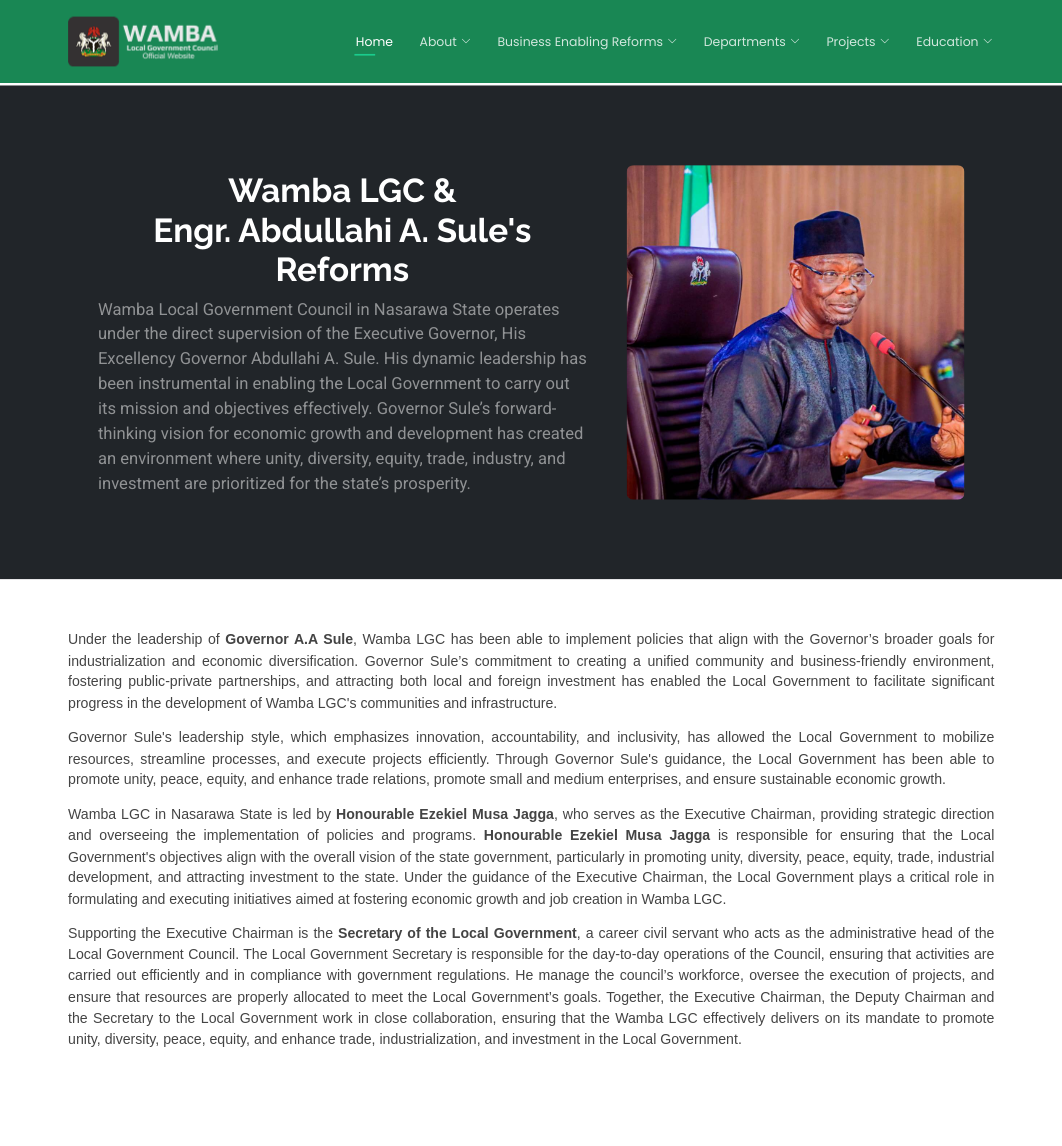
Repository: GlorifiedIntel/wamba-lgc
Page: leadership.html
An editor plug-in stored every save of this project. The page is shown before and after the next save, followed by the edit.
The browser window is 1280 px wide. The pictures show the part of the page from y = 0 to 1381 px (the page is 2260 px tall before and 2897 px after), at 83% of full size.
A picture or video elsewhere on the page could not be fetched, so the positions and the page height are approximate.

Above is the page before, as saved 2025-02-06 04:33:42.
Console error: TypeError: Cannot read properties of null (reading 'click')

After the next save:
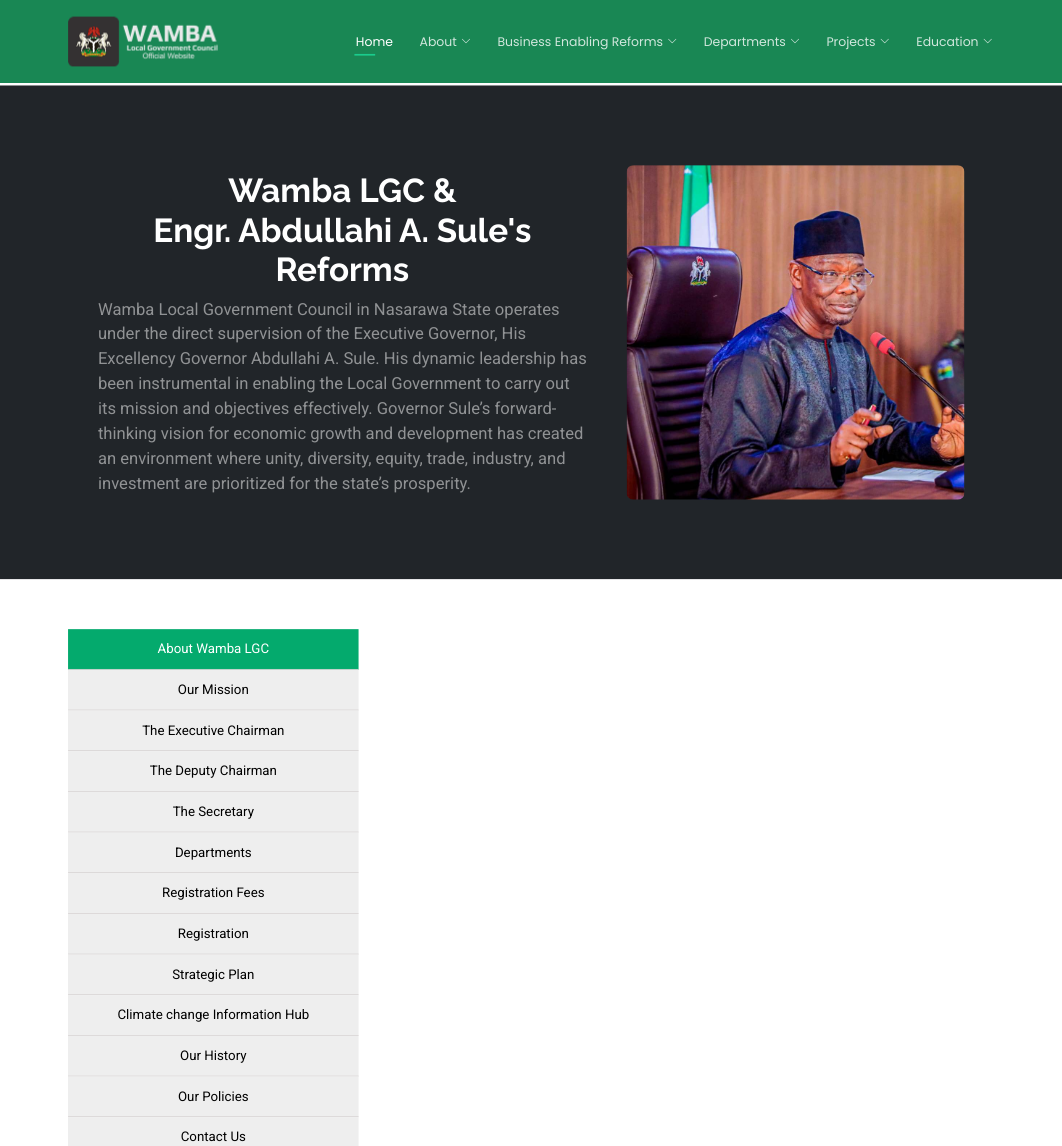
Saved 2 min 46 s later.
--- a/leadership.html
+++ b/leadership.html
@@ -113,6 +113,25 @@
   </header>
 
   <section id="starter-section" class="starter-section section">
+    <div class="container text-center">
+      <div class="row justify-content-start">
+        <div class="col-md-4 left-column">
+          <div class="wamba-vertical-menu">
+            <a href="about-mtii.html" class="active">About Wamba LGC</a>
+            <a href="about-mtii.html">Our Mission</a>
+            <a href="the-commissioner.html">The Executive Chairman</a>
+            <a href="the-deputy.html">The Deputy Chairman</a>
+            <a href="the-secretary.html">The Secretary</a>
+            <a href="departments.html">Departments</a>
+            <a href="registration-fee.html">Registration Fees</a>
+            <a href="online-registration.html">Registration</a>
+            <a href="strategic-plans.html">Strategic Plan</a>
+            <a href="climate-change.html">Climate change Information Hub</a>
+            <a href="our-history.html">Our History</a>
+            <a href="our-policies.html">Our Policies</a>
+            <a href="contact-us.html">Contact Us</a>
+          </div>
+        </div>
     <!-- Section Title -->
     <div class="container section-title" data-aos="fade-up">
       <p class="elhanan">Under the leadership of <strong>Governor A.A Sule</strong>, Wamba LGC has been able to implement
